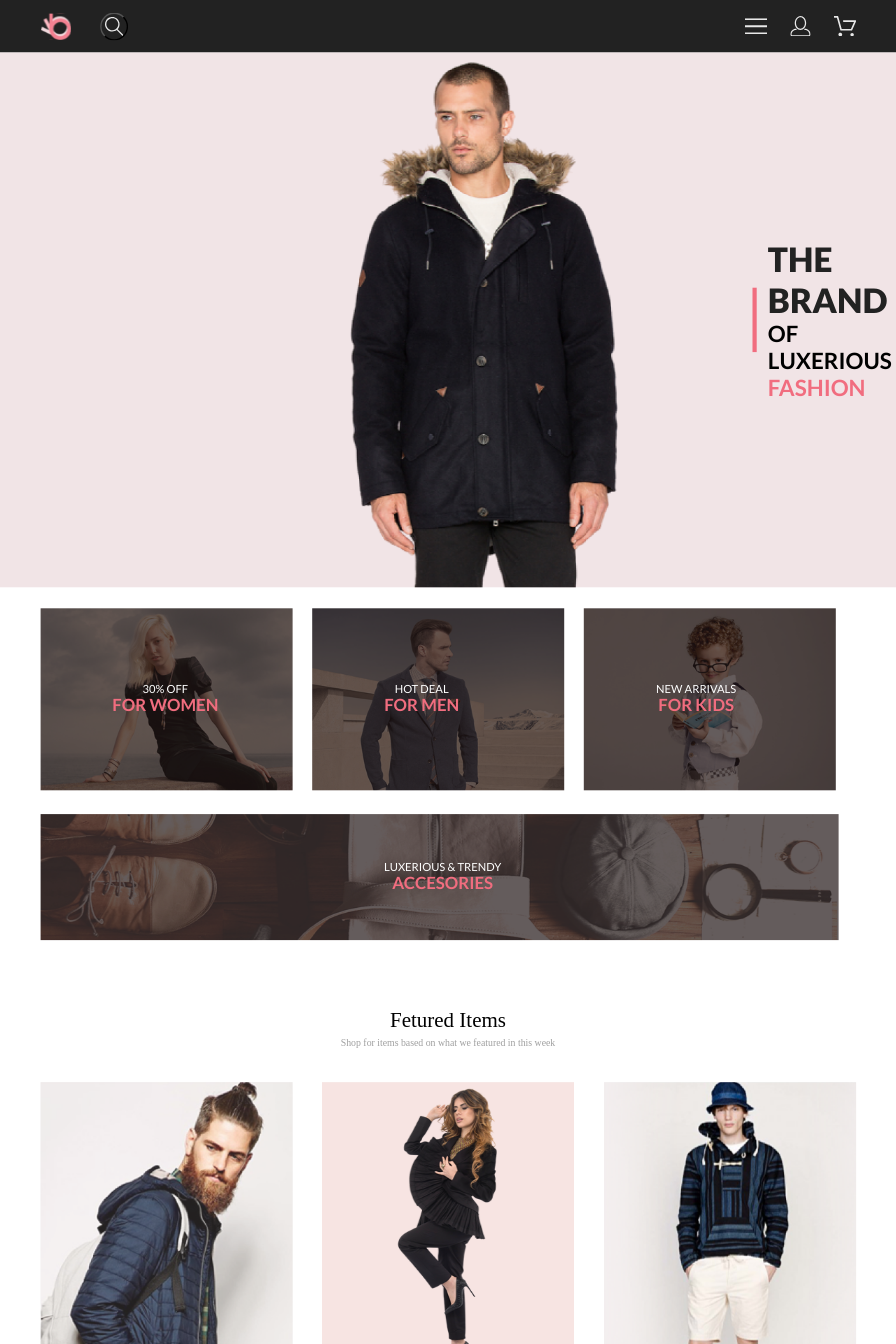
Repository: shtepaa/work-show-linkid
Page: les01/index.html
The author's editor kept a copy of each file at every save. The page is drawn from the files as they stood at one save, then again after a run of saves.
The browser window is 1280 px wide. The pictures show the part of the page from y = 0 to 1920 px (the page is 3886 px tall), at 70% of full size.

Above is the page before, as saved 2022-02-15 11:57:25.

After the next 2 saves:
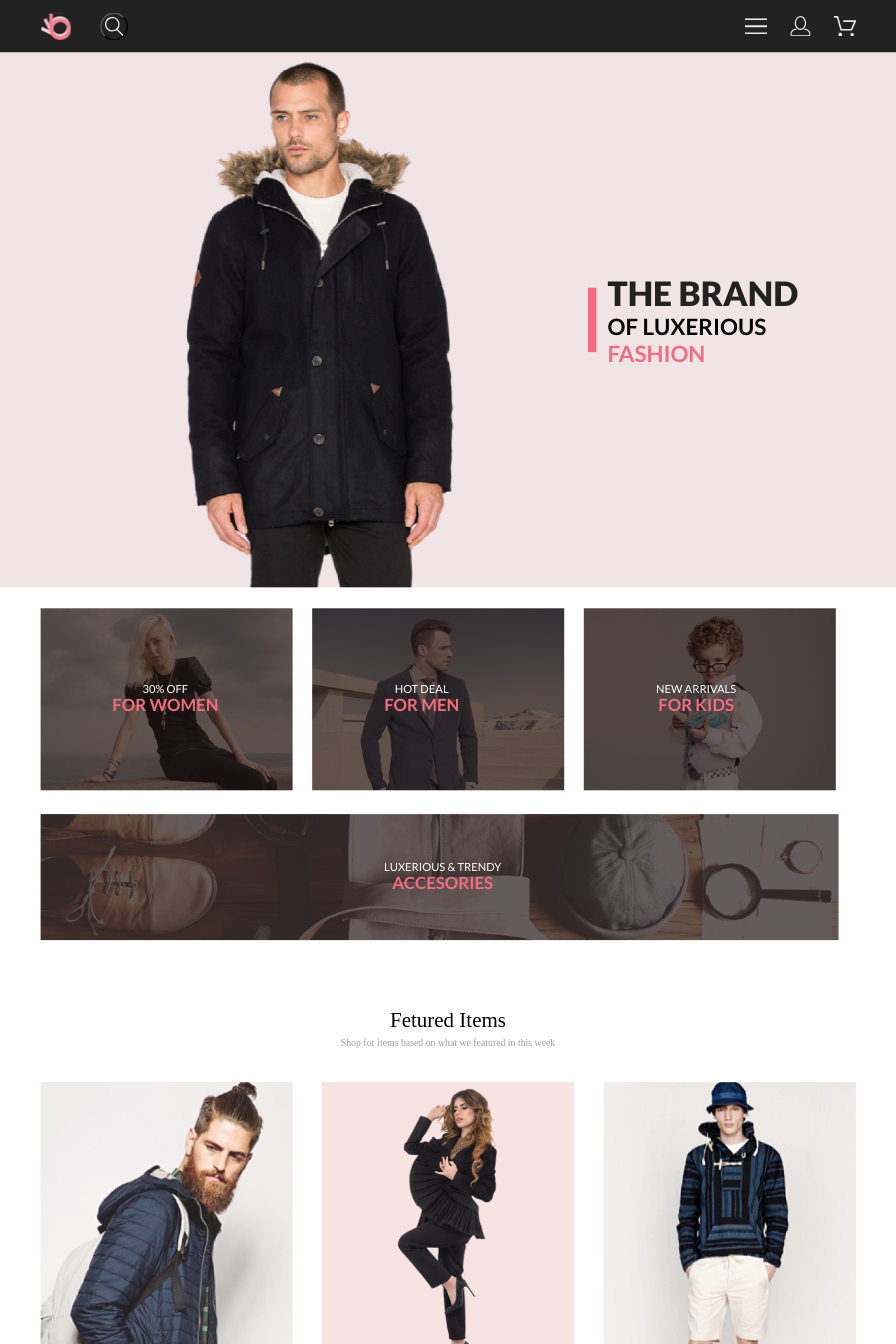
The 2 saves are shown as one change because they came seconds apart.
The last was saved 42 s later.
--- a/les01/index.html
+++ b/les01/index.html
@@ -75,7 +75,7 @@
 
           <!-- <div class="container"> -->
 
-            <div class="header-cover"></div>
+            <div class="header-cover">
               <!-- <div class="header-image"> -->
               <img class="header-man"  src="img/man-new.png" alt="man" />
             <!-- </div> -->
@@ -86,6 +86,7 @@
                 <h2>of luxerious <span class="pink-word"> fashion</span></h2>
               </div>
             </div>
+          </div>
           <!-- </div> -->
 
 
